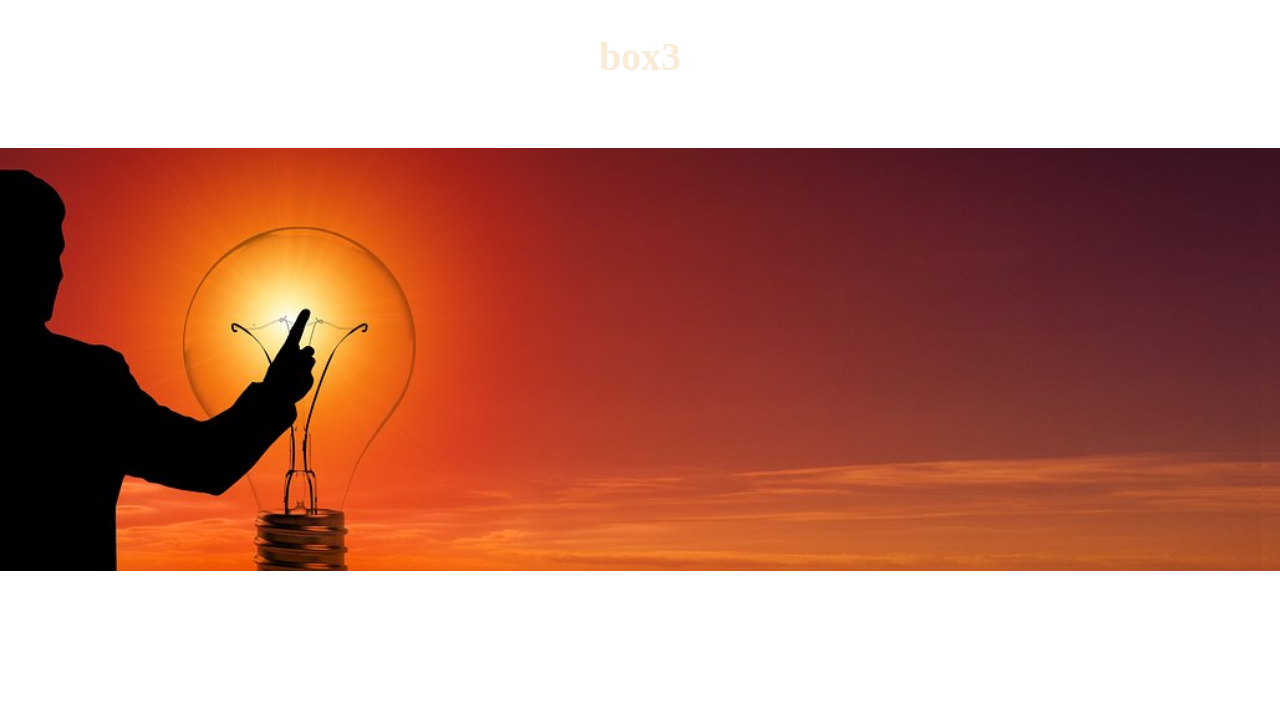
Repository: NavinDayanithi/static-web-design-competition
Page: index.html
The author's editor kept a copy of each file at every save. The page is drawn from the files as they stood at one save, then again after a run of saves.
The browser window is 1280 px wide. The pictures show the part of the page from y = 1520 to 2240 px (the page is 2240 px tall).
Backgrounds fixed to the window are drawn as part of the page.

Above is the page before, as saved 2023-04-28 20:18:21.

### index.html
<!DOCTYPE html>
<html lang="en">
<head>
  <title>POWERING CLIMATE </title>
  <link rel="stylesheet" href="styles.css">
</head>
<body>
    <h1 >POWERING A CLIMATE FOR SAFER FUTURE</h1>
    <div class="box1">
        <h2>Renewable energy sources</h2>
    </div>
    <div class="box2">
        <h2>box2</h2>
    </div>
    <div class="box3">
        <h2>box3</h2>
    </div>
</body>
</html>

### styles.css

h1
{
    text-align:center;
    color:rgb(19, 20, 20);
    background-color: rgb(181, 191, 195);

}
h2{
    text-align: center;
    color: antiquewhite;
    font-size:40px;
}

 body{
    margin: 0;
    padding: 0;
    /* background-color: blue; */
}
head{
    text-align: center;
}

.box1{
    height: 100vh;
    width:100%;
    background-image: url(img1.jpg);
    background-size: cover;
    background-position: center;
    display: table;
    background-attachment: fixed;
}

.box2{
    height: 100vh;
    width:100%;
    background-image: url(img2.png);
    background-size: cover;
    background-position: center;
    display: table;
    background-attachment: fixed;
}

.box3{
    height: 100vh;
    width:100%;
    background-image: url(img3.jpg);
    background-size:contain;
    background-position: center;
    display: table;
    background-attachment: fixed;
    background-repeat: no-repeat;
}

After the next 2 saves:
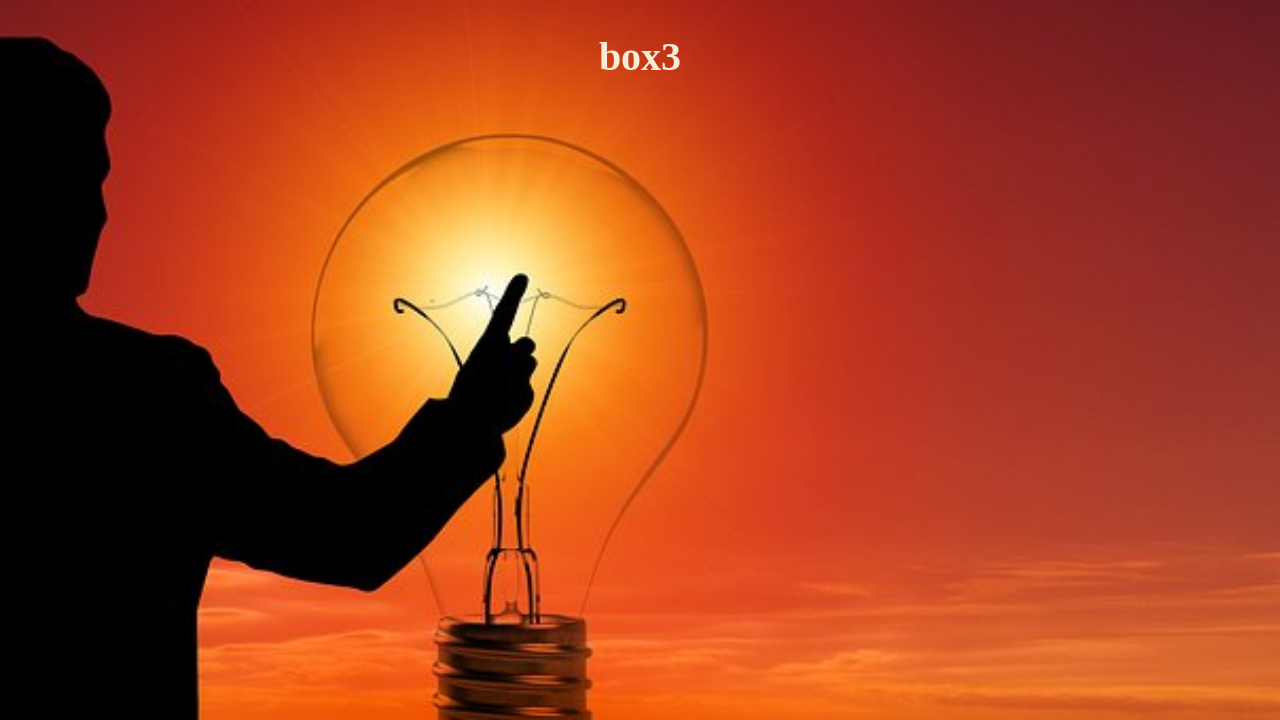
The 2 saves are shown as one change because they came seconds apart.
The last was saved 31 s later.
--- a/styles.css
+++ b/styles.css
@@ -45,8 +45,8 @@ head{
     height: 100vh;
     width:100%;
     background-image: url(img3.jpg);
-    background-size:contain;
-    background-position: center;
+    background-size:cover;
+    /* background-position: center; */
     display: table;
     background-attachment: fixed;
     background-repeat: no-repeat;
